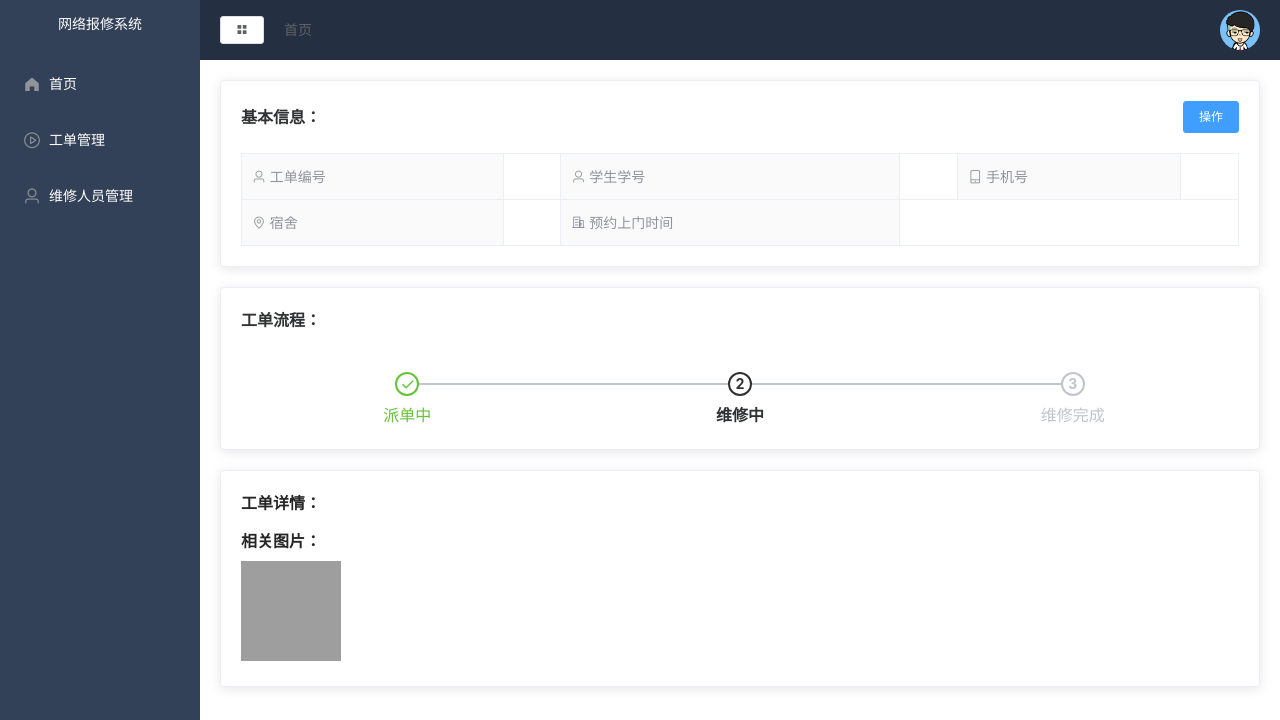
Repository: LtheW/vue
Page: /submit
The author's editor kept a copy of each file at every save. The page is drawn from the files as they stood at one save, then again after the next save.
The browser window is 1280 px wide. The pictures show the whole page.
Pictures or frames that could not be fetched are drawn as grey boxes. The page's requests for data from a server got no answer. The project was rebuilt for these pictures with package versions that can differ from the ones it lists, and the page was loaded fresh each time. No one was signed in, and anything a server would have sent is missing. Also part of the build but not shown: vue.config.js, src/components/CommonTag.vue, src/views/Maintainer/Add.vue.

Above is the page before, as saved 2022-03-27 11:08:17.

### src/main.js
import Vue from 'vue'
import App from './App.vue'
import router from './router'
import store from './store'
//引入element ui
import ElementUI from 'element-ui';
import 'element-ui/lib/theme-chalk/index.css';
import '@/assets/scss/reset.scss' //全局样式
import Axios from 'axios';//后台交互
import Antd from 'ant-design-vue';
import 'ant-design-vue/dist/antd.css';
import 'font-awesome/scss/font-awesome.scss'
Vue.prototype.$http=Axios
//defaults 设置全局默认路径
Axios.defaults.baseURL="/"

Vue.use(ElementUI,Antd);
Vue.config.productionTip = false

new Vue({
  router,
  store,
  render: h => h(App)
}).$mount('#app')

### src/router/index.js
import Vue from 'vue'
import VueRouter from 'vue-router'
import Main from '../views/Main.vue'
import Submit from'../views/Submit.vue'
import Maintainer_Add from'../views/Maintainer/Add.vue'
Vue.use(VueRouter)

const routes = [
  {
    path:'/login',
    name:'Login',
    component:()=>import('@/views/Login')
  },
  {

    path: '/',
    name: 'Main',
    component: Main,
    children: [
      {
        path: '/',
        name: 'search',
        component: () => import('@/views/About')
      },
      {
        path: '/form',
        name: 'form',
        component: () => import('@/views/Form/Form')
      },
      {
        path: '/home',
        name: 'home',
        component: () => import('@/views/Maintainer/Maintainer')
      },
      {
        path: '/submit',
        name: 'submit',
        component: Submit,
      },
      {
        path: '/maintainer_add',
        name: 'add',
        component: Maintainer_Add,
      },
    ]
    },


]

const router = new VueRouter({
  mode:'history',
  base: process.env.BASE_URL,
  routes
})

export default router

### src/views/Main.vue
<template>
  <el-container style="height: 100%">
    <el-aside width="auto" height="100%" ><common-aside></common-aside></el-aside>
    <el-container>
      <el-header>
        <common-header></common-header>

      </el-header>
      <el-main><router-view /></el-main>
    </el-container>
  </el-container>
</template>

<script>
import CommonAside from "../components/CommonAside.vue";
import CommonHeader from "../components/CommonHeader.vue";
import CommonTag from "../components/CommonTag.vue";
export default {
  name: "Main",
  components: { CommonAside, CommonHeader, CommonTag },
};
</script>
, CommonTab
<style lang="scss" scoped>
.el-header {
  background: #242F42;
}
.el-main {
  padding-top: 20rpx;
}
</style>

### src/views/Submit.vue
<template>
  <div class="form">
    <div>
      <el-card>
        <el-descriptions
          class="margin-top"
          title="基本信息："
          :column="3"
          :size="size"
          border
        >
          <template slot="extra">
            <el-button type="primary" size="small">操作</el-button>
          </template>
          <el-descriptions-item width="150">
            <template slot="label">
              <i class="el-icon-user"></i>
              工单编号
            </template>
            {{ form.workorderNumber }}
          </el-descriptions-item>
          <el-descriptions-item>
            <template slot="label">
              <i class="el-icon-user"></i>
              学生学号
            </template>
            {{ form.fkStudentNumber }}
          </el-descriptions-item>
          <el-descriptions-item>
            <template slot="label">
              <i class="el-icon-mobile-phone"></i>
              手机号
            </template>
            {{ form.contactInformation }}
          </el-descriptions-item>
          <el-descriptions-item>
            <template slot="label">
              <i class="el-icon-location-outline"></i>
              宿舍
            </template>
            {{ form.address }}
          </el-descriptions-item>
          <el-descriptions-item>
            <template slot="label">
              <i class="el-icon-office-building"></i>
              预约上门时间
            </template>
            {{ form.fixedTime }}
          </el-descriptions-item>
        </el-descriptions>
      </el-card>
    </div>

    <div class="p">
      <el-card>
        <i class="title">工单流程：</i>
        <div>
          <el-steps
            :space="600"
            :active="1"
            finish-status="success"
            align-center="true"
            style="padding-top: 40px"
          >
            <el-step title="派单中"></el-step>
            <el-step title="维修中"></el-step>
            <el-step title="维修完成"></el-step>
          </el-steps>
        </div>
      </el-card>
      <div class="p">
        <el-card>
          <h5 class="title">工单详情：</h5>
          <p>{{ form.workorderContent }}</p>
          <h5 class="title">相关图片：</h5>
          <el-image
            style="width: 100px; height: 100px"
            :src="url"
            :preview-src-list="srcList"
          >
          </el-image>
        </el-card>
      </div>
    </div>
  </div>
</template>
<script>
export default {
  data() {
    return {
      form: {},
      workorderNumber: "",
      url: "https://fuss10.elemecdn.com/e/5d/4a731a90594a4af544c0c25941171jpeg.jpeg",
      srcList: [],
    };
  },
  created() {
    this.workorderNumber = this.$route.params.workorderNumber;
    this.Load();
  },
  methods: {
    goBack() {
      this.$router.go(-1);
    },
    onSubmit() {},
    Load() {
      this.$http({
        url: "/api/administer/getorder",
        method: "get",
        headers: { "X-Requested-With": "XMLHttpRequest" },
        params: {
          workorder_number: this.workorderNumber,
        }, //传值 如：params:{id:1,name:"gw"}
      }).then((res) => {
        this.form = res.data.data[0];
        console.log(this.form);
        var jsonstr = JSON.parse(res.data.data[0].pictureAddress);
        var arr = this.srcList;
        for (var i = 0; i < 3; i++) {
          if (jsonstr[i] == null) {
            break;
          }
          arr.push(jsonstr[i]);
        }
        this.srcList = arr;
      });
    },
  },
};
</script>

<style >
.form {
  display: flex;
  flex-direction: column;
  justify-content: center;
  align-content: center;
}

.title {
  font-size: 16px;
  font-weight: 700;
}
.p {
  padding-top: 20px;
}
.border {
  border: 1px solid grey;
}
</style>

### src/store/tab.js
export default{
    state:{
        isCollapse: false
    },
    mutations:{
        collapseMenu(state){
            state.isCollapse=!state.isCollapse
        }
    }
}

### src/components/CommonAside.vue
<template>
  <el-menu
    class="el-menu-vertical-demo"
    :collapse="isCollapse"
    background-color="#324157"
    text-color="#fff"
    active-text-color="#ffd04b"
  >
    <h3 v-show="!isCollapse">网络报修系统</h3>
    <h3 v-show="isCollapse">后台</h3>
    <el-menu-item
      :index="item.path"
      v-for="item in noChildren"
      :key="item.path"
      @click="clickMenu(item)"
    >
      <i :class="'el-icon-' + item.icon"></i>
      <span slot="title">{{ item.label }}</span>
    </el-menu-item>
    <el-submenu :index="item.label" v-for="item in hasChildren" :key="item.path">
      <template slot="title">
        <i :class="'el-icon-' + item.icon"></i>
        <span slot="title">{{ item.label }}</span>
      </template>
      <el-menu-item-group>
        <el-menu-item
          :index="subItem.path"
          v-for="(subItem, subIndex) in item.children"
          :key="subIndex"
          @click="clickMenu(item)"
        >
          <i :class="'el-icon-' + subItem.icon"></i>
          <span slot="title">{{ subItem.label }}</span>
        </el-menu-item>
      </el-menu-item-group>
    </el-submenu>
  </el-menu>
</template>

<script>
export default {
  data() {
    return {
      menu: [
        {
          path: "/",
          name: "search",
          label: "首页",
          icon: "s-home",
          url: "Maintainer/Maintainer",
        },
        {
          path: "/form",
          name: "form",
          label: "工单管理",
          icon: "video-play",
          url: "Form/Form",
        },
        {
          path: "/home",
          name: "home",
          label: "维修人员管理",
          icon: "user",
          url: "Home/Home",
        },
      ],
    };
  },
  methods: {
    // handleOpen(key, keyPath) {
    //   console.log(key, keyPath);
    // },
    // handleClose(key, keyPath) {
    //   console.log(key, keyPath);
    // },
    clickMenu(item) {
      this.$router.push({ name: item.name });
      this.$store.commit("selectMenu", item);
    },
  },
  computed: {
    noChildren() {
      return this.menu.filter((item) => !item.children);
    },
    hasChildren() {
      return this.menu.filter((item) => item.children);
    },
    isCollapse() {
      return this.$store.state.tab.isCollapse;
    },
  },
};
</script>

<style lang="scss" scoped>
.el-menu {
  height: 100%;
  border: none;
  h3 {
    color: #ffffff;
    text-align: center;
    line-height: 48px;
  }
}
.el-menu-vertical-demo:not(.el-menu--collapse) {
  width: 200px;
  min-height: 100vh;
}
</style>

### src/components/CommonHeader.vue
<template>
  <header>
    <div class="l-content">
      <el-button plain icon="el-icon-menu" size="mini" @click="handleMenu"></el-button>
      <el-breadcrumb>
        <el-breadcrumb-item :to="{ path: '/' }">首页</el-breadcrumb-item>
        <el-breadcrumb-item :to="current.path" v-if="current">{{
          current.label
        }}</el-breadcrumb-item>
      </el-breadcrumb>
    </div>
    <div class="r-content">
      <el-dropdown trigger="click" size="mini">
        <span class="el-dropdown-link">
          <img :src="userImg" class="user" />
        </span>
        <el-dropdown-menu slot="dropdown">
          <el-dropdown-item>个人中心</el-dropdown-item>
          <el-dropdown-item @click.native="logOut">退出</el-dropdown-item>
        </el-dropdown-menu>
      </el-dropdown>
    </div>
  </header>
</template>

<script>
import { mapState } from "vuex";
export default {
  data() {
    return {
      userImg: require("../assets/images/user.png"),
    };
  },
  methods: {
    handleMenu() {
      this.$store.commit("collapseMenu");
    },
    logOut() {
      this.$store.commit("clearToken");
      this.$store.commit("clearMenu");
      // location.reload();
      this.$router.push("/login");
    },
  },
  computed: {
    ...mapState({
      current: (state) => state.tab.currentMenu,
    }),
  },
};
</script>

<style lang="scss" scoped>
header {
  display: flex;
  height: 100%;
  align-items: center;
  justify-content: space-between;
}

.l-content {
  display: flex;
  align-items: center;
  .el-button {
    margin-right: 20px;
  }
}

.r-content {
  .user {
    width: 40px;
    height: 40px;
    border-radius: 50%;
  }
}
</style>

<style lang="scss">
.el-breadcrumb__item {
  .el-breadcrumb__inner {
    color: #666;
    font-weight: normal;
  }
  &:last-child {
    .el-breadcrumb__inner {
      color: white;
    }
  }
}
</style>

Loaded but not shown: public/index.html (common file); src/App.vue (common file); src/store/index.js (common file); src/assets/scss/reset.scss (common file)

After the next save:
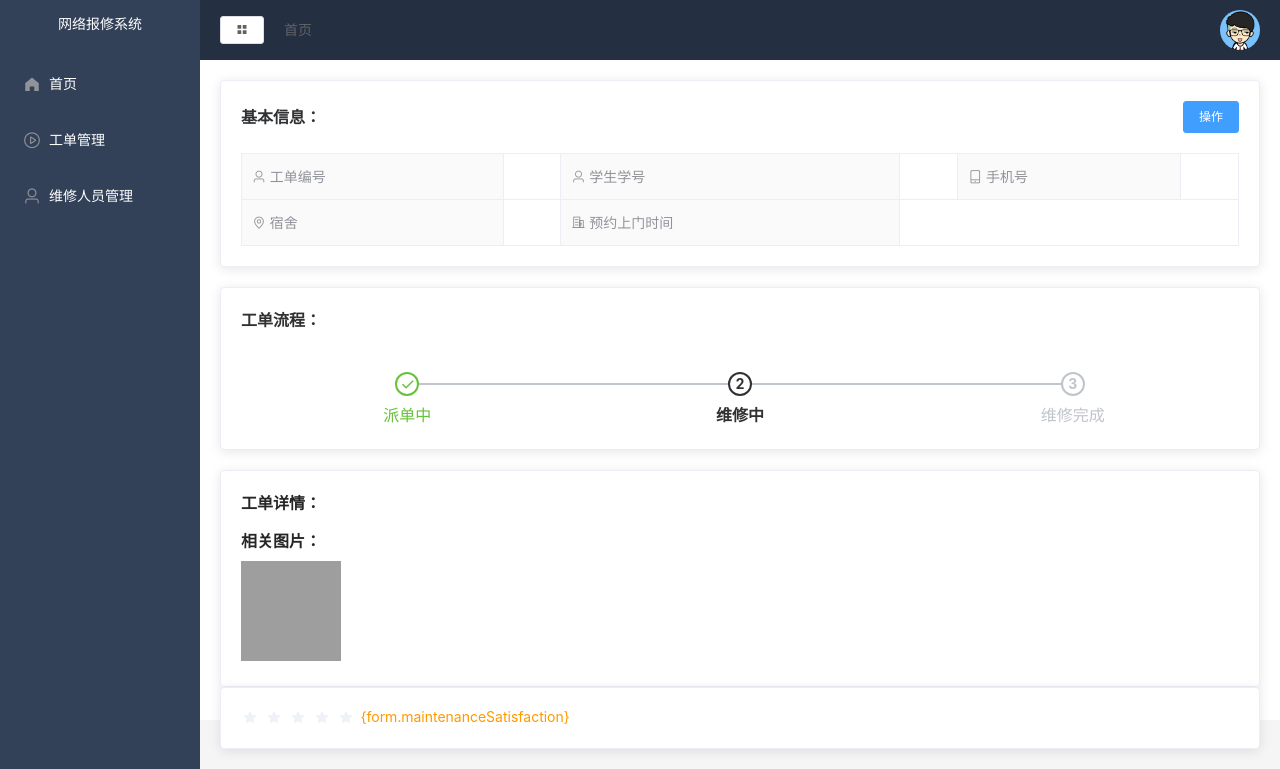
Saved 2 min 57 s later.
--- a/src/views/Submit.vue
+++ b/src/views/Submit.vue
@@ -80,6 +80,15 @@
           >
           </el-image>
         </el-card>
+        <el-card>
+          <el-rate
+  v-model="value"
+  disabled
+  show-score
+  text-color="#ff9900"
+  score-template="{form.maintenanceSatisfaction}">
+</el-rate>
+        </el-card>
       </div>
     </div>
   </div>
